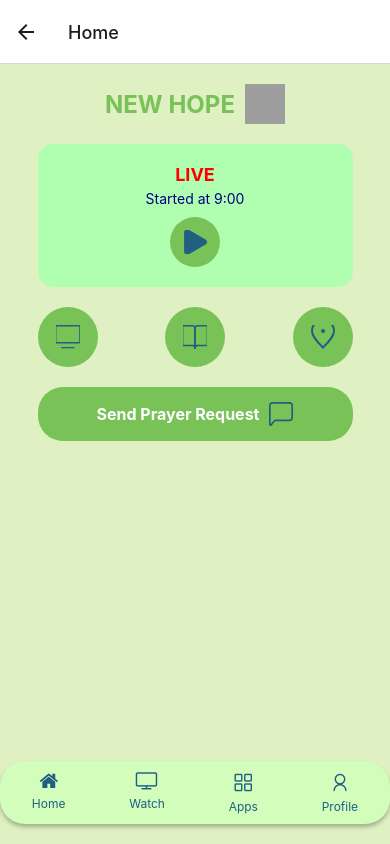
Repository: AbrahamM007/NewHopeChurchApp
Screen: /Home
An editor plug-in stored every save of this project. The screen is shown before and after a run of saves, followed by the edit.
Pictures or frames that could not be fetched are drawn as grey boxes. The app was drawn by React Native's web renderer in a window 390 px wide. The project was rebuilt for these pictures with package versions that can differ from the ones it lists, and the page was loaded fresh each time. Some packages were replaced by stand-ins written for this rebuild. Also part of the build but not shown: screens/SignUpScreen.js.

Above is the screen before, as saved 2024-10-24 20:45:24.

After the next 3 saves:
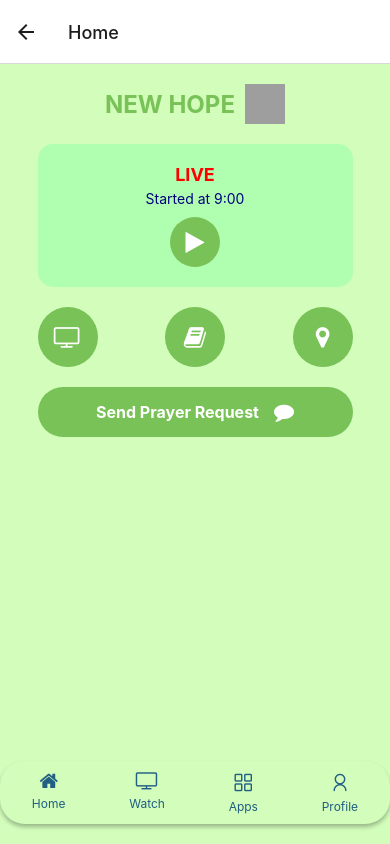
The 3 saves are shown as one change because 2 did not build or start.
The last was saved 9 min 40 s later.
--- a/screens/HomeScreen.js
+++ b/screens/HomeScreen.js
@@ -1,9 +1,13 @@
-// HomeScreen.jsx
+// screens/HomeScreen.js
 import React from 'react';
 import { View, Text, TouchableOpacity, StyleSheet, Image } from 'react-native';
-import BottomNavigation from '../components/BottomNavigation';
+import FontAwesome from 'react-native-vector-icons/FontAwesome';
+import AntDesign from 'react-native-vector-icons/AntDesign';
+import { useNavigation } from '@react-navigation/native';
 
 const HomeScreen = () => {
+  const navigation = useNavigation();
+
   return (
     <View style={styles.container}>
       {/* Header */}
@@ -20,46 +24,48 @@ const HomeScreen = () => {
         <Text style={styles.liveText}>LIVE</Text>
         <Text style={styles.startTimeText}>Started at 9:00</Text>
         <TouchableOpacity style={styles.playButton}>
-          <Image
-            source={require('../assets/icons/Polygon 1.svg')}
-            style={styles.iconImage}
-          />
+          <FontAwesome name="play" size={24} color="#fff" />
         </TouchableOpacity>
       </View>
 
       {/* Icon Buttons */}
       <View style={styles.iconButtonsContainer}>
         <TouchableOpacity style={styles.iconButton}>
-          <Image
-            source={require('../assets/icons/Group 272.svg')}
-            style={styles.iconImage}
-          />
+          <FontAwesome name="television" size={24} color="#fff" />
         </TouchableOpacity>
         <TouchableOpacity style={styles.iconButton}>
-          <Image
-            source={require('../assets/icons/Group 273.svg')}
-            style={styles.iconImage}
-          />
+          <FontAwesome name="book" size={24} color="#fff" />
         </TouchableOpacity>
         <TouchableOpacity style={styles.iconButton}>
-          <Image
-            source={require('../assets/icons/Group 274.svg')}
-            style={styles.iconImage}
-          />
+          <FontAwesome name="map-marker" size={24} color="#fff" />
         </TouchableOpacity>
       </View>
 
       {/* Prayer Request Button */}
       <TouchableOpacity style={styles.prayerButton}>
         <Text style={styles.prayerButtonText}>Send Prayer Request</Text>
-        <Image
-          source={require('../assets/icons/463456.svg')}
-          style={styles.iconImage}
-        />
+        <FontAwesome name="comment" size={20} color="#fff" style={styles.commentIcon} />
       </TouchableOpacity>
 
       {/* Bottom Navigation */}
-      <BottomNavigation /> {/* Add the BottomNavigation component here */}
+      <View style={styles.bottomNavigation}>
+        <TouchableOpacity style={styles.navItem}>
+          <FontAwesome name="home" size={20} color="#205E82" />
+          <Text style={styles.navText}>Home</Text>
+        </TouchableOpacity>
+        <TouchableOpacity style={styles.navItem}>
+          <FontAwesome name="tv" size={20} color="#205E82" />
+          <Text style={styles.navText}>Watch</Text>
+        </TouchableOpacity>
+        <TouchableOpacity style={styles.navItem}>
+          <AntDesign name="appstore-o" size={20} color="#205E82" />
+          <Text style={styles.navText}>Apps</Text>
+        </TouchableOpacity>
+        <TouchableOpacity style={styles.navItem}>
+          <AntDesign name="user" size={20} color="#205E82" />
+          <Text style={styles.navText}>Profile</Text>
+        </TouchableOpacity>
+      </View>
     </View>
   );
 };
@@ -67,7 +73,7 @@ const HomeScreen = () => {
 const styles = StyleSheet.create({
   container: {
     flex: 1,
-    backgroundColor: '#DFF0C2',
+    backgroundColor: '#D2FDBB',
     paddingHorizontal: 20,
     alignItems: 'center',
   },
@@ -144,9 +150,35 @@ const styles = StyleSheet.create({
     fontWeight: 'bold',
     marginRight: 10,
   },
-  iconImage: {
-    width: 24,
-    height: 24,
+  commentIcon: {
+    marginLeft: 5,
+  },
+  bottomNavigation: {
+    flexDirection: 'row',
+    justifyContent: 'space-around',
+    backgroundColor: '#D2FDBB',
+    borderRadius: 25,
+    width: '100%',
+    paddingVertical: 10,
+    position: 'absolute',
+    bottom: 20,
+
+    // Shadow properties for iOS
+    shadowColor: '#000',
+    shadowOffset: { width: 0, height: 3 },
+    shadowOpacity: 0.27,
+    shadowRadius: 4.65,
+
+    // Elevation for Android
+    elevation: 6,
+  },
+  navItem: {
+    alignItems: 'center',
+  },
+  navText: {
+    fontSize: 12,
+    color: '#205E82',
+    marginTop: 5,
   },
 });
 
